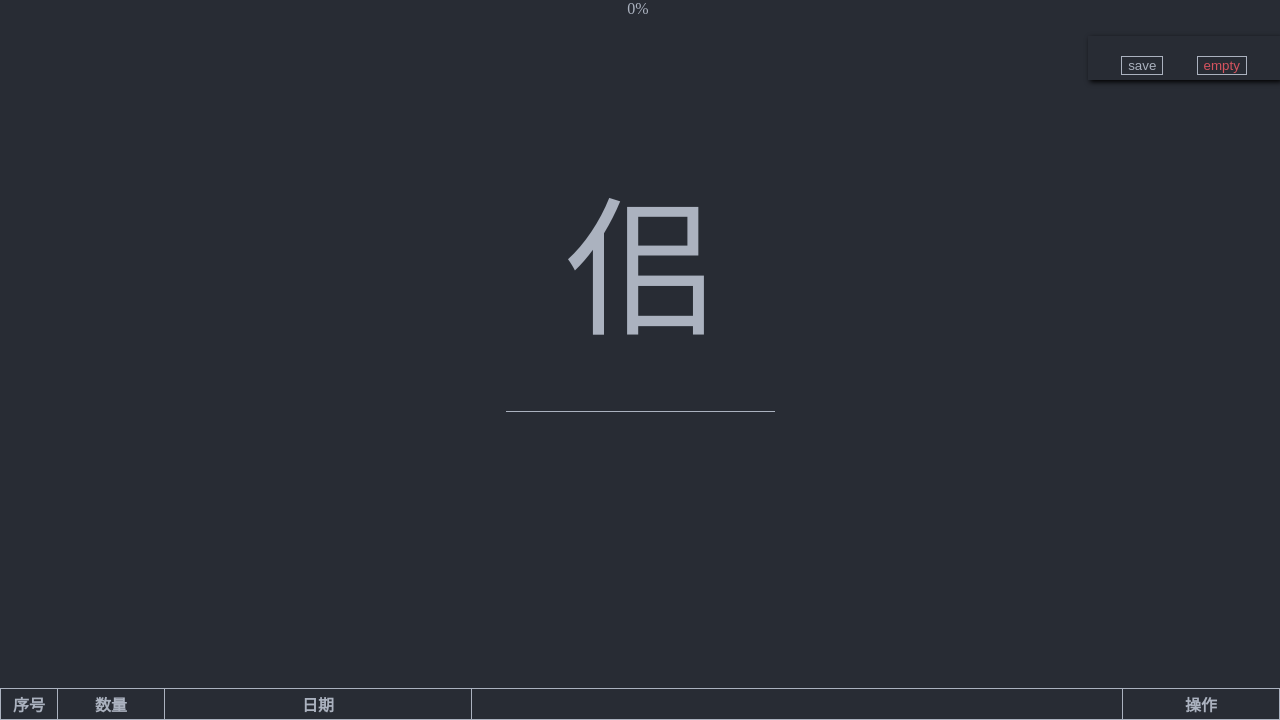
Repository: KR673/wsHone
Page: main.html
These files come from the project's save history. The page is drawn as it stood at one moment and after the next save; the edit follows.
The browser window is 1280 px wide. The pictures show the whole page.

Above is the page before, as saved 2023-01-30 22:12:23.

### main.html
<!DOCTYPE html>
<html lang="en">

<head>
    <meta charset="UTF-8">
    <meta name="viewport" content="width=device-width, initial-scale=1.0">
    <title>Document</title>

    <link rel="stylesheet" href="./static/css/main.css">
</head>

<body>
    <div>
        <div id="process">
            <div class="process-color"></div>
            <span>0%</span>
        </div>
    </div>
    <div class="input-content">
        <div id="word" class="content"></div>
        <div class="content">
            <input id="input" class="input"></input>
            <p id="key" hidden></p>
        </div>
    </div>
    <div class="fault-content">
        <div id="one-key" class="key-num">
            <span>1</span>
            <div class="area"></div>
        </div>
        <div id="two-key" class="key-num">
            <span>2</span>
            <div class="area"></div>
        </div>
        <div id="three-key" class="key-num">
            <span>3</span>
            <div class="area"></div>
        </div>
        <div id="four-key" class="key-num">
            <span>4</span>
            <div class="area"></div>
        </div>
        <div class="button-container fault-content-button-container">
            <button id="fault-save">save</button>
            <button id="fault-empty">empty</button>
        </div>
    </div>
    <div class="type-history">
        <table class="history-table"></table>
    </div>
    <script src="./lib/jquery-3.5.1.min.js"></script>
    <script src="./pythonScript/tempData.js"></script>
    <script src="./pythonScript/hanZiRoot.js"></script>
    <script src="./static/js/main.js"></script>

</body>

</html>

### pythonScript/hanZiRoot.js
 dataSource = [{
         'key': 'g',
         'word': '一'
     },
     {
         'key': 'g',
         'word': '丁'
     },
     {
         'key': 'g',
         'word': '丂'
     },
     {
         'key': 'g',
         'word': '七'
     },
     {
         'key': 'g',
         'word': '丄'
     },
     {
         'key': 'g',
         'word': '丅'
     },
     {
         'key': 'f',
         'word': '丐'
     },
     {
         'key': 'f',
         'word': '丑'
     },
     {
         'key': 'f',
         'word': '丒'
     },
     {
         'key': 'f',
         'word': '专'
     },
     {
         'key': 'f',
         'word': '且'
     },
     {
         'key': 'f',
         'word': '丕'
     },
     {
         'key': 'f',
         'word': '世'
     },
     {
         'key': 'f',
         'word': '丗'
     },
     {
         'key': 'f',
         'word': '丘'
     },
     {
         'key': 'f',
         'word': '丙'
     },
     {
         'key': 'd',
         'word': '丠'
     },
     {
         'key': 'd',
         'word': '両'
     },
     {
         'key': 'd',
         'word': '丢'
     },
     {
         'key': 'd',
         'word': '丣'
     },
     {
         'key': 'd',
         'word': '两'
     },
     {
         'key': 'd',
         'word': '严'
     },
     {
         'key': 'd',
         'word': '並'
     },
     {
         'key': 'd',
         'word': '丧'
     },
     {
         'key': 'd',
         'word': '丨'
     },
     {
         'key': 'd',
         'word': '丩'
     },
     {
         'key': 'd',
         'word': '个'
     },
     {
         'key': 'd',
         'word': '丫'
     },
     {
         'key': 's',
         'word': '丰'
     },
     {
         'key': 's',
         'word': '丱'
     },
     {
         'key': 's',
         'word': '串'
     },
     {
         'key': 's',
         'word': '丳'
     },
     {
         'key': 'a',
         'word': '乀'
     },
     {
         'key': 'a',
         'word': '乁'
     },
     {
         'key': 'a',
         'word': '乂'
     },
     {
         'key': 'a',
         'word': '乃'
     },
     {
         'key': 'a',
         'word': '乄'
     },
     {
         'key': 'a',
         'word': '久'
     },
     {
         'key': 'a',
         'word': '乆'
     },
     {
         'key': 'a',
         'word': '乇'
     },
     {
         'key': 'a',
         'word': '么'
     },
     {
         'key': 'a',
         'word': '义'
     },
     {
         'key': 'a',
         'word': '乊'
     },
     {
         'key': 'a',
         'word': '之'
     },
     {
         'key': 'a',
         'word': '乌'
     },
     {
         'key': 'a',
         'word': '乍'
     },
     {
         'key': 'h',
         'word': '乐'
     },
     {
         'key': 'h',
         'word': '乑'
     },
     {
         'key': 'h',
         'word': '乒'
     },
     {
         'key': 'h',
         'word': '乓'
     },
     {
         'key': 'h',
         'word': '乔'
     },
     {
         'key': 'h',
         'word': '乕'
     },
     {
         'key': 'h',
         'word': '乖'
     },
     {
         'key': 'h',
         'word': '乗'
     },
     {
         'key': 'h',
         'word': '乘'
     },
     {
         'key': 'h',
         'word': '乙'
     },
     {
         'key': 'h',
         'word': '乚'
     },
     {
         'key': 'j',
         'word': '习'
     },
     {
         'key': 'j',
         'word': '乡'
     },
     {
         'key': 'j',
         'word': '乢'
     },
     {
         'key': 'j',
         'word': '乣'
     },
     {
         'key': 'j',
         'word': '乤'
     },
     {
         'key': 'j',
         'word': '乥'
     },
     {
         'key': 'j',
         'word': '书'
     },
     {
         'key': 'j',
         'word': '乧'
     },
     {
         'key': 'j',
         'word': '乨'
     },
     {
         'key': 'k',
         'word': '买'
     },
     {
         'key': 'k',
         'word': '乱'
     },
     {
         'key': 'k',
         'word': '乲'
     },
     {
         'key': 'l',
         'word': '亀'
     },
     {
         'key': 'l',
         'word': '亁'
     },
     {
         'key': 'l',
         'word': '亂'
     },
     {
         'key': 'l',
         'word': '亃'
     },
     {
         'key': 'l',
         'word': '亄'
     },
     {
         'key': 'l',
         'word': '亅'
     },
     {
         'key': 'l',
         'word': '了'
     },
     {
         'key': 'l',
         'word': '亇'
     },
     {
         'key': 'l',
         'word': '予'
     },
     {
         'key': 'l',
         'word': '争'
     },
     {
         'key': 'l',
         'word': '亊'
     },
     {
         'key': 'm',
         'word': '亐'
     },
     {
         'key': 'm',
         'word': '云'
     },
     {
         'key': 'm',
         'word': '互'
     },
     {
         'key': 'm',
         'word': '亓'
     },
     {
         'key': 'm',
         'word': '五'
     },
     {
         'key': 'm',
         'word': '井'
     },
     {
         'key': 'm',
         'word': '亖'
     },
     {
         'key': 'm',
         'word': '亗'
     },
     {
         'key': 't',
         'word': '亠'
     },
     {
         'key': 't',
         'word': '亡'
     },
     {
         'key': 't',
         'word': '亢'
     },
     {
         'key': 't',
         'word': '亣'
     },
     {
         'key': 't',
         'word': '交'
     },
     {
         'key': 't',
         'word': '亥'
     },
     {
         'key': 't',
         'word': '亦'
     },
     {
         'key': 't',
         'word': '产'
     },
     {
         'key': 't',
         'word': '亨'
     },
     {
         'key': 'r',
         'word': '亰'
     },
     {
         'key': 'r',
         'word': '亱'
     },
     {
         'key': 'r',
         'word': '亲'
     },
     {
         'key': 'r',
         'word': '亳'
     },
     {
         'key': 'r',
         'word': '亴'
     },
     {
         'key': 'r',
         'word': '亵'
     },
     {
         'key': 'r',
         'word': '亶'
     },
     {
         'key': 'r',
         'word': '亷'
     },
     {
         'key': 'r',
         'word': '亸'
     },
     {
         'key': 'r',
         'word': '亹'
     },
     {
         'key': 'e',
         'word': '什'
     },
     {
         'key': 'e',
         'word': '仁'
     },
     {
         'key': 'e',
         'word': '仂'
     },
     {
         'key': 'e',
         'word': '仃'
     },
     {
         'key': 'e',
         'word': '仄'
     },
     {
         'key': 'e',
         'word': '仅'
     },
     {
         'key': 'e',
         'word': '仆'
     },
     {
         'key': 'e',
         'word': '仇'
     },
     {
         'key': 'e',
         'word': '仈'
     },
     {
         'key': 'e',
         'word': '仉'
     },
     {
         'key': 'e',
         'word': '今'
     },
     {
         'key': 'e',
         'word': '介'
     },
     {
         'key': 'e',
         'word': '仌'
     },
     {
         'key': 'w',
         'word': '仐'
     },
     {
         'key': 'w',
         'word': '仑'
     },
     {
         'key': 'w',
         'word': '仒'
     },
     {
         'key': 'w',
         'word': '仓'
     },
     {
         'key': 'w',
         'word': '仔'
     },
     {
         'key': 'q',
         'word': '仠'
     },
     {
         'key': 'q',
         'word': '仡'
     },
     {
         'key': 'q',
         'word': '仢'
     },
     {
         'key': 'q',
         'word': '代'
     },
     {
         'key': 'q',
         'word': '令'
     },
     {
         'key': 'q',
         'word': '以'
     },
     {
         'key': 'q',
         'word': '仦'
     },
     {
         'key': 'q',
         'word': '仧'
     },
     {
         'key': 'q',
         'word': '仨'
     },
     {
         'key': 'q',
         'word': '仩'
     },
     {
         'key': 'q',
         'word': '仪'
     },
     {
         'key': 'q',
         'word': '仫'
     },
     {
         'key': 'q',
         'word': '们'
     },
     {
         'key': 'q',
         'word': '仭'
     },
     {
         'key': 'q',
         'word': '仮'
     },
     {
         'key': 'y',
         'word': '仰'
     },
     {
         'key': 'y',
         'word': '仱'
     },
     {
         'key': 'y',
         'word': '仲'
     },
     {
         'key': 'y',
         'word': '仳'
     },
     {
         'key': 'y',
         'word': '仴'
     },
     {
         'key': 'y',
         'word': '仵'
     },
     {
         'key': 'y',
         'word': '件'
     },
     {
         'key': 'y',
         'word': '价'
     },
     {
         'key': 'y',
         'word': '仸'
     },
     {
         'key': 'y',
         'word': '仹'
     },
     {
         'key': 'u',
         'word': '伀'
     },
     {
         'key': 'u',
         'word': '企'
     },
     {
         'key': 'u',
         'word': '伂'
     },
     {
         'key': 'u',
         'word': '伃'
     },
     {
         'key': 'u',
         'word': '伄'
     },
     {
         'key': 'u',
         'word': '伅'
     },
     {
         'key': 'u',
         'word': '伆'
     },
     {
         'key': 'u',
         'word': '伇'
     },
     {
         'key': 'u',
         'word': '伈'
     },
     {
         'key': 'u',
         'word': '伉'
     },
     {
         'key': 'u',
         'word': '伊'
     },
     {
         'key': 'u',
         'word': '伋'
     },
     {
         'key': 'u',
         'word': '伌'
     },
     {
         'key': 'i',
         'word': '伐'
     },
     {
         'key': 'i',
         'word': '休'
     },
     {
         'key': 'i',
         'word': '伒'
     },
     {
         'key': 'i',
         'word': '伓'
     },
     {
         'key': 'i',
         'word': '伔'
     },
     {
         'key': 'i',
         'word': '伕'
     },
     {
         'key': 'i',
         'word': '伖'
     },
     {
         'key': 'i',
         'word': '众'
     },
     {
         'key': 'i',
         'word': '优'
     },
     {
         'key': 'i',
         'word': '伙'
     },
     {
         'key': 'i',
         'word': '会'
     },
     {
         'key': 'p',
         'word': '估'
     },
     {
         'key': 'p',
         'word': '伱'
     },
     {
         'key': 'p',
         'word': '伲'
     },
     {
         'key': 'p',
         'word': '伳'
     },
     {
         'key': 'p',
         'word': '伴'
     },
     {
         'key': 'p',
         'word': '伵'
     },
     {
         'key': 'n',
         'word': '佀'
     },
     {
         'key': 'n',
         'word': '佁'
     },
     {
         'key': 'n',
         'word': '佂'
     },
     {
         'key': 'n',
         'word': '佃'
     },
     {
         'key': 'n',
         'word': '佄'
     },
     {
         'key': 'n',
         'word': '佅'
     },
     {
         'key': 'n',
         'word': '但'
     },
     {
         'key': 'n',
         'word': '佇'
     },
     {
         'key': 'n',
         'word': '佈'
     },
     {
         'key': 'n',
         'word': '佉'
     },
     {
         'key': 'n',
         'word': '佊'
     },
     {
         'key': 'n',
         'word': '佋'
     },
     {
         'key': 'n',
         'word': '佌'
     },
     {
         'key': 'n',
         'word': '位'
     },
     {
         'key': 'n',
         'word': '低'
     },
     {
         'key': 'n',
         'word': '住'
     },
     {
         'key': 'n',
         'word': '佐'
     },
     {
         'key': 'n',
         'word': '佑'
     },
     {
         'key': 'n',
         'word': '佒'
     },
     {
         'key': 'n',
         'word': '体'
     },
     {
         'key': 'n',
         'word': '佔'
     },
     {
         'key': 'n',
         'word': '何'
     },
     {
         'key': 'n',
         'word': '佖'
     },
     {
         'key': 'b',
         'word': '你'
     },
     {
         'key': 'b',
         'word': '佡'
     },
     {
         'key': 'b',
         'word': '佢'
     },
     {
         'key': 'b',
         'word': '佣'
     },
     {
         'key': 'b',
         'word': '佤'
     },
     {
         'key': 'b',
         'word': '佥'
     },
     {
         'key': 'b',
         'word': '佦'
     },
     {
         'key': 'b',
         'word': '佧'
     },
     {
         'key': 'b',
         'word': '佨'
     },
     {
         'key': 'b',
         'word': '佩'
     },
     {
         'key': 'b',
         'word': '佪'
     },
     {
         'key': 'b',
         'word': '佫'
     },
     {
         'key': 'b',
         'word': '佬'
     },
     {
         'key': 'b',
         'word': '佭'
     },
     {
         'key': 'v',
         'word': '佰'
     },
     {
         'key': 'v',
         'word': '佱'
     },
     {
         'key': 'v',
         'word': '佲'
     },
     {
         'key': 'v',
         'word': '佳'
     },
     {
         'key': 'v',
         'word': '佴'
     },
     {
         'key': 'v',
         'word': '併'
     },
     {
         'key': 'v',
         'word': '佶'
     },
     {
         'key': 'v',
         'word': '佷'
     },
     {
         'key': 'c',
         'word': '侀'
     },
     {
         'key': 'c',
         'word': '侁'
     },
     {
         'key': 'c',
         'word': '侂'
     },
     {
         'key': 'c',
         'word': '侃'
     },
     {
         'key': 'c',
         'word': '侄'
     },
     {
         'key': 'c',
         'word': '侅'
     },
     {
         'key': 'x',
         'word': '侐'
     },
     {
         'key': 'x',
         'word': '侑'
     },
     {
         'key': 'x',
         'word': '侒'
     },
     {
         'key': 'x',
         'word': '侓'
     },
     {
         'key': 'x',
         'word': '侔'
     },
     {
         'key': 'x',
         'word': '侕'
     },
     {
         'key': 'x',
         'word': '侖'
     },
     {
         'key': 'x',
         'word': '侗'
     },
 ]

### static/js/main.js
var pageData = {
    data:{},
    dataCount:0,
    fault : {},
    countMapToId : {},
    dataError : {},
}

class DataErr{

    constructor(data){
        this.dateTime = new Date();
        this.data = data;
        this.count = data?.length;
    }

    // save data to local
    save(){
        if(!this.data || this.data.length <= 0){
            return
        }

        var dataList = this.getAll()

        // limit maximum capacity
        if(dataList.length == 15){
            dataList.splice(0, 1)
        }

        dataList.push(this)
        localStorage['errorList'] = JSON.stringify(dataList)
        randerHistoryList()
    }

    // get the wrong data before
    getAll(){
        var dataList = localStorage['errorList']
        if(!dataList){
            dataList = new Array()
        }else{
            dataList = JSON.parse(dataList)
        }
        return dataList
    }

    getByIndex(index){
        var dataAll = this.getAll()
        if(dataAll && dataAll.length > 0){
            return dataAll[index]
        }else{
            return new Array()
        }
    }

    deleteByIndex(index){
        var dataAll = this.getAll()
        if(dataAll && dataAll.length > 0){
            dataAll.splice(index, 1)
            localStorage['errorList'] = JSON.stringify(dataAll)
            randerHistoryList()
        }
    }
}

init()

function init(dataAccept){

    var allData = dataAccept || dataSource
    var arr = new Array()

    $.each(allData, function(index, n){
        arr.push(n)
    })

    pageData.data = arr
    pageData.dataCount = pageData.data.length

    pageData.fault = {
        'one-key' : [],
        'two-key' : [],
        'three-key' : [],
        'four-key' : []
    }

    var countMapToId = pageData.countMapToId = new Map()
    countMapToId.set(1, 'one-key')
    countMapToId.set(2, 'two-key')
    countMapToId.set(3, 'three-key')
    countMapToId.set(4, 'four-key')

    pageData.dataError = new Array()
    wordInput()
    randerHistoryList()
    initFaultConut()
    initInput()
    processEdit(0)
}

function randerHistoryList(){
    var dataErr= new DataErr()
    var typeHistoryList = dataErr.getAll()
    if(typeHistoryList){
        var tableHtml = '<tr>'+
                            '<th style="width:50px">序号</th>'+
                            '<th style="width:100px">数量</th>'+
                            '<th style="width:300px">日期</th>'+
                            '<th></th>'+
                            '<th style="width:150px">操作</th>'+
                        '</tr>'
        $.each(typeHistoryList, function (index , n){
            tableHtml += "<tr>"
            tableHtml += '<td>' + index + '</td>'
            tableHtml += '<td>' + n.count + '</td>'
            tableHtml += '<td>' + n.dateTime+ '</td>'
            tableHtml += '<td></td>'
            tableHtml += '<td class="history-option button-container">' +
                            '<button class="history-load" onclick=historyLoad('+index+')>练习</button>'+
                            '<button class="history-del" onclick=historyDelete('+index+')>删除</button>'+
                        '</td>'
            tableHtml += '</tr>'
        })
        $('.history-table').empty();
        $('.history-table').append(tableHtml)
    }
}

function historyLoad(index){
    var dataErr= new DataErr()
    var dataAll = dataErr.getAll()
    var dataTarget = dataAll[index]
    init(dataTarget.data)
}
function historyDelete(index){
    var dataErr= new DataErr()
    var dataAll = dataErr.deleteByIndex(index)
}
function wordInput() {
    var $word = $('#word')
    var indexPre = $word.attr('data-index')
    var count = pageData.data.length
    var index = Math.floor(Math.random() * count)

    // 保证相邻的两个不同
    if(indexPre == index){
        index = index < (count - 1) ? index + 1 : index - 1
    }
    if(count <= 1){
        index = 0
    }

    var wordInfo = pageData.data[index]
    // data.splice(index, 1)
    $word.text(wordInfo.word)
    $('#key').text(wordInfo.key)
    $word.attr('data-key', wordInfo.key)
    $word.attr('data-index', index)
    $('#input').val('')
}

$('body').on('keydown', function(event){
    if(event.keyCode == 27){
        $('#input').val("")
        $('#input').focus()
        return;
    }
})
var $word = $('#word')
$('#input').on('keydown', function (event) {
    var keyValue = event.keyCode

    var determain_num =  (keyValue >= 49 && keyValue <= 57)
    var determain_symbol = (keyValue == 186 || keyValue == 222)
    var determain_space = (keyValue == 32)

    if(keyValue == 27){
        $('#input').val("")
        return;
    }
    if(determain_num || determain_symbol || determain_space){

        if(pageData.data.length == 0){
            return;
        }

        if($(this).val() == $('#word').attr('data-key')){
            inputRight()
            if(pageData.data.length == 0){
                return;
            }
            wordInput()
        }else{
            inputFault()
            $(this).val('')
        }
        return false;
    }else{
        return;
    }
});

$('#fault-save').on('click', function(){
    faultSave()
})

function initInput(){
    $('#word').attr('class', 'content')
    $('#key').hide()
}

function processEdit(num){
    var percent = num + '%'
    $('.process-color').css('width', percent)
    $('#process span').text(percent)
}

function inputRight() {
    var data = pageData.data
    data.splice(parseInt($word.attr('data-index')),1)
    var percent  = ((1 - (data.length / pageData.dataCount)) * 100).toFixed(1)
    processEdit(percent)
    initInput()
}

function inputFault(){
    $('#word').attr('class', 'content type-error')
    addWordToFault()
    $('#key').show()
}


// 输入错误时, 记录其到对应的数据集中
function addWordToFault(){
    var $word = $('#word')
    var data = pageData.data
    var fault = pageData.fault

    let countOfKey = $word.attr('data-key').length
    var dataOfFault = data[parseInt($word.attr('data-index'))]
    var contentOfFault = fault[pageData.countMapToId.get(countOfKey)]
    if(contentOfFault && contentOfFault.indexOf(dataOfFault) < 0){
        contentOfFault.push(dataOfFault)
        pageData.dataError.push(dataOfFault)
    }
    initFaultConut()
}

//  刷新错误内容
function initFaultConut() {

    var fault = pageData.fault

    $.each($('.key-num'), function (i,n) {
        var id = $(this).attr('id')
        var dataOfFault = fault[id]
        var allWord = ''
        if(dataOfFault && dataOfFault.length > 0){
            $.each(dataOfFault, function (index, d) {
                allWord = allWord + d.word
            })
        }
        $(this).find('.area').text(allWord)
    })
}

function faultSave(){
    var dataLog = new DataErr(pageData.dataError)
    dataLog.save()
}

Loaded but not shown: lib/jquery-3.5.1.min.js (library); pythonScript/tempData.js (2001 lines, source omitted); static/css/main.css (125 lines, source omitted)

After the next save:
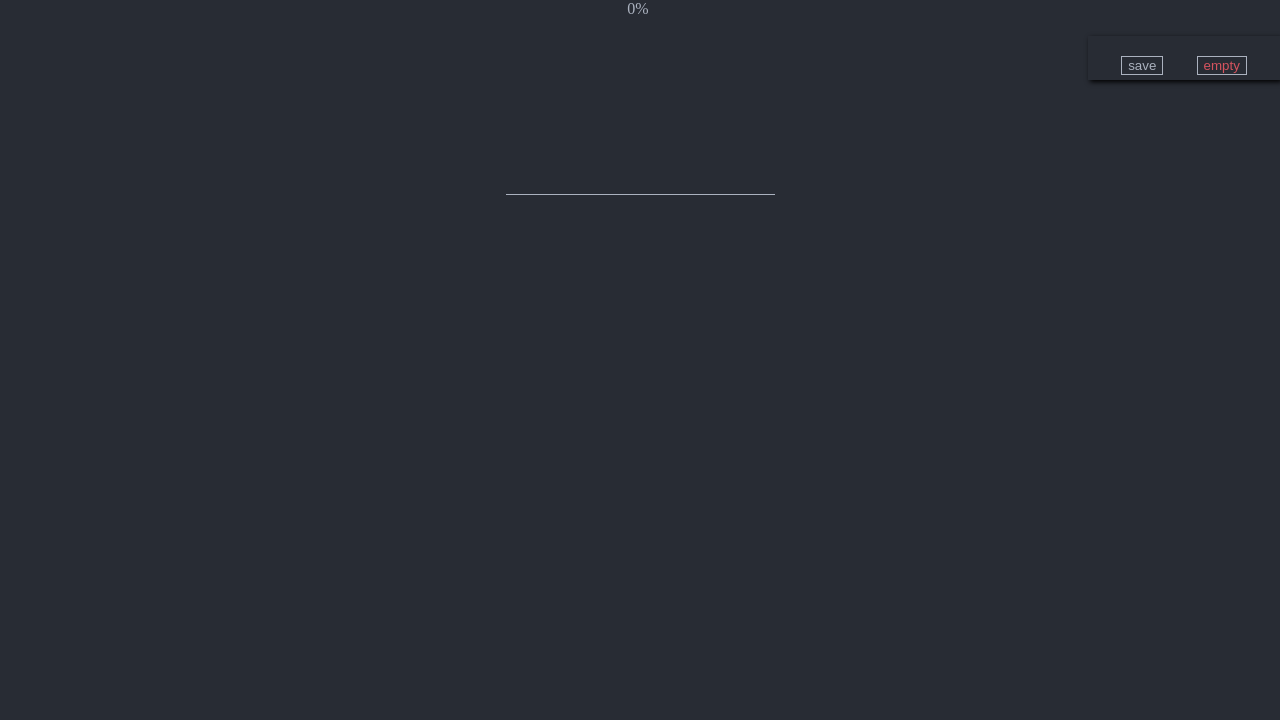
Console error: ReferenceError: dataSource is not defined
Saved 9 s later.
--- a/pythonScript/hanZiRoot.js
+++ b/pythonScript/hanZiRoot.js
@@ -1,4 +1,4 @@
- dataSource = [{
+ hanZiRoot = [{
          'key': 'g',
          'word': '一'
      },

After the save that followed:
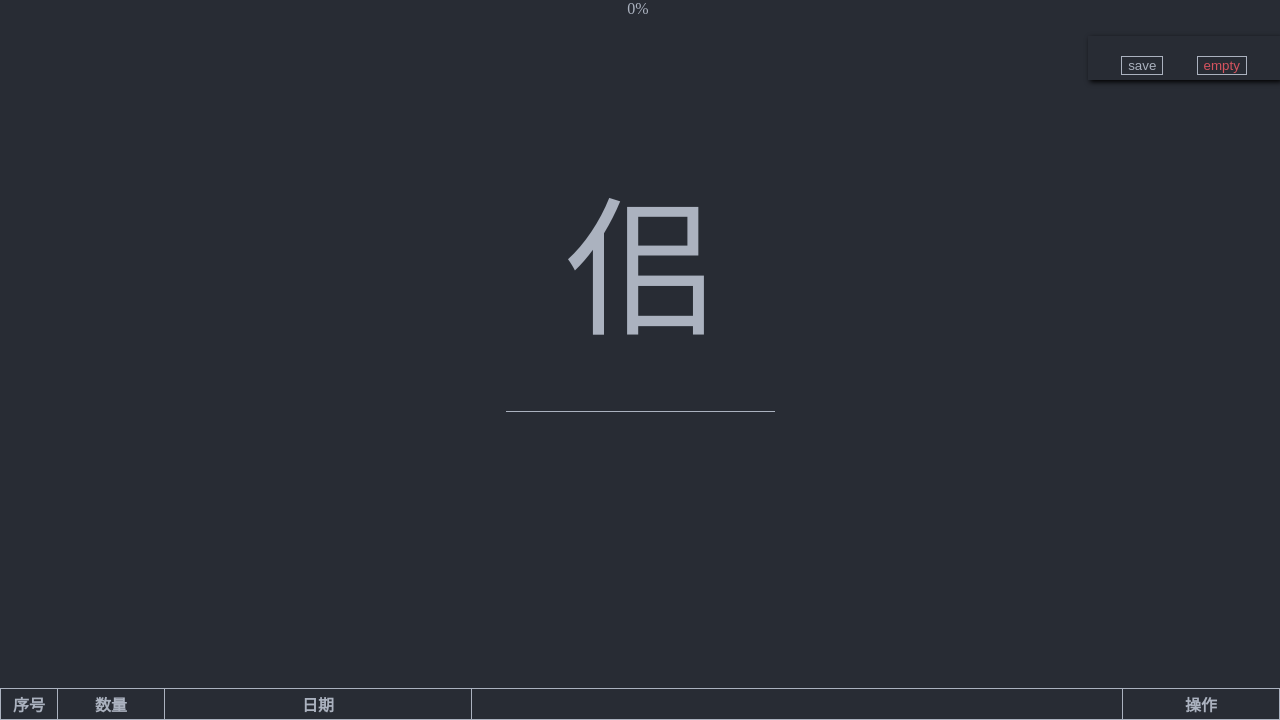
The error is gone.
Saved 31 s later.
--- a/static/js/main.js
+++ b/static/js/main.js
@@ -62,7 +62,7 @@ class DataErr{
     }
 }
 
-init()
+init(hanZiRoot)
 
 function init(dataAccept){
 
